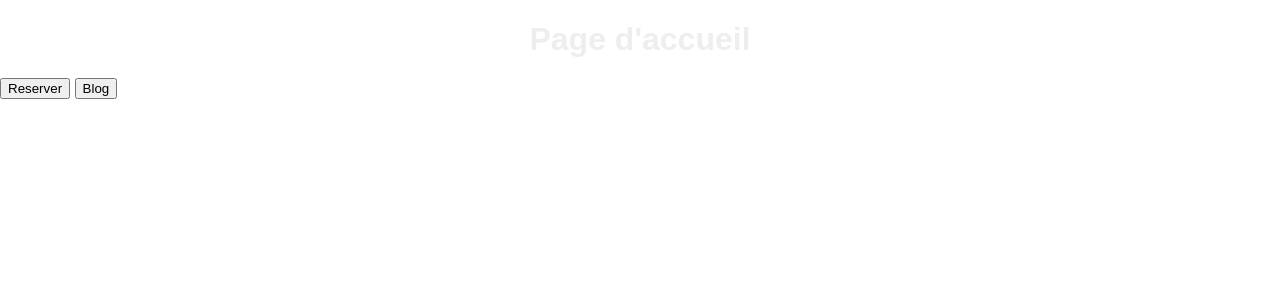
Repository: Crosnierpaul/Les_Rangers_de_Pouvoir
Page: http://localhost/
These files come from the project's save history. The page is drawn as it stood at one moment and after a run of saves; the edit follows.
The browser window is 1280 px wide. The pictures show the whole page.
The page is served by the project's Node server (server.js).

Above is the page before, as saved 2024-04-25 16:17:27.

After the next 3 saves:
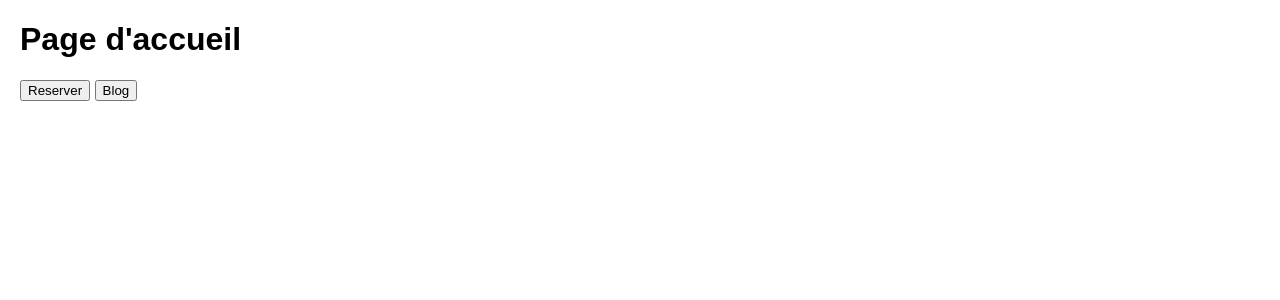
The 3 saves are shown as one change because they came seconds apart.
The last was saved 8 s later.
--- a/site/public/css/style.css
+++ b/site/public/css/style.css
@@ -2,7 +2,7 @@
     font-family: Arial, sans-serif;
     margin: 20px;
     padding: 0;
-    background-image
+    background-image: url("https://images.pexels
 }
 
 h1, h2 {

After the save that followed:
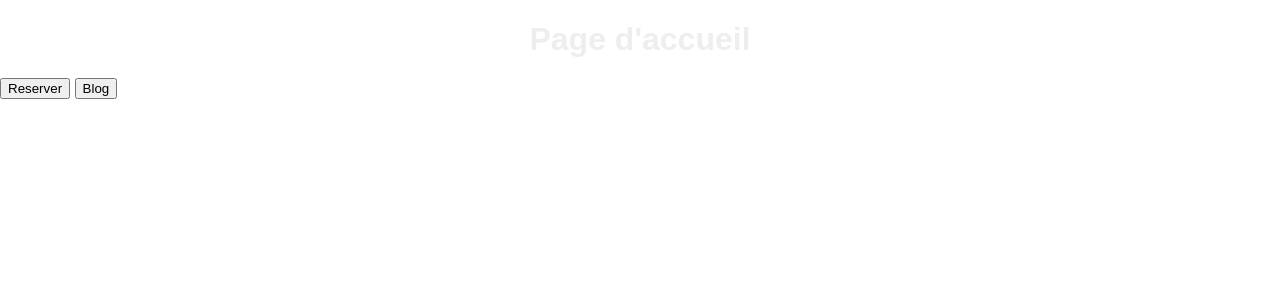
Saved 8 s later.
--- a/site/public/css/style.css
+++ b/site/public/css/style.css
@@ -2,7 +2,7 @@
     font-family: Arial, sans-serif;
     margin: 20px;
     padding: 0;
-    background-image: url("https://images.pexels
+    background-image:
 }
 
 h1, h2 {
